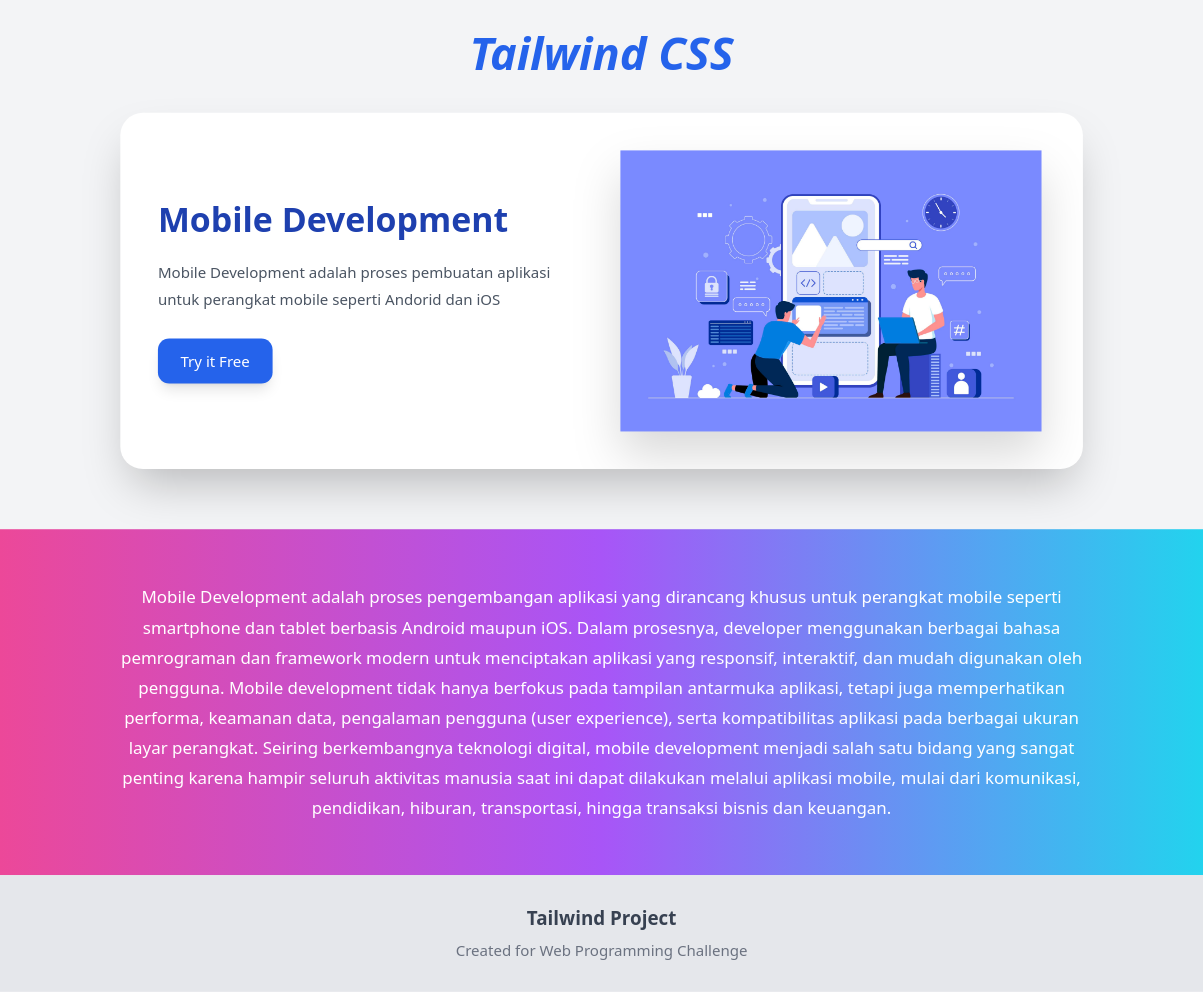
Repository: razitazhr/Pertemuan-6_24.116194
Page: Tailwind/Tailwind.html
The author's editor kept a copy of each file at every save. The page is drawn from the files as they stood at one save, then again after the next save.
The browser window is 1280 px wide. The pictures show the whole page, at 94% of full size.
Some web libraries are served in a nearby version.

Above is the page before, as saved 2026-05-10 22:14:45.

### Tailwind/Tailwind.html
<!DOCTYPE html>
<html lang="en">
<head>
    <meta charset="UTF-8">
    <meta name="viewport" content="width=device-width, initial-scale=1.0">
    <script src="https://cdn.tailwindcss.com"></script>
    <title>Challenge 6_24.11.6194</title>
</head>
<body class="bg-gray-100">
    <div class="text-center mt-8">
        <h1 class="text-5xl font-bold italic text-blue-600">
            Tailwind CSS
        </h1>
    </div>
    <div class="flex justify-center mt-10 px-5">
        <div class="bg-white rounded-3xl shadow-2xl overflow-hidden max-w-5xl">
            <div class="grid md:grid-cols-2 items-center gap-8 p-10">
                <div>
                    <h2 class="text-4xl font-bold text-blue-800 leading-tight">
                        Mobile Development
                    </h2>
                    <p class="text-gray-600 mt-5 leading-7">
                        Mobile Development adalah proses pembuatan aplikasi untuk perangkat mobile seperti Andorid dan iOS
                    </p>
                    <button class="mt-7 bg-blue-600 hover:bg-blue-700 transition text-white px-6 py-3 rounded-xl shadow-lg">
                        Try it Free
                    </button>
                </div>
                <div class="flex justify-center">
                    <img src="Mobile.jpg" alt="Mobile Development" class="w-full max-w-md drop-shadow-2xl">
                </div>
            </div>
        </div>
    </div>
    <div class="mt-16 bg-gradient-to-r from-pink-500 via-purple-500 to-cyan-400 py-14 px-8">
        <div class="max-w-5xl mx-auto text-center text-white">
            <p class="leading-8 text-lg">
                Mobile Development adalah proses pengembangan aplikasi yang dirancang khusus untuk perangkat mobile seperti smartphone dan tablet berbasis Android maupun iOS. Dalam prosesnya, developer menggunakan berbagai bahasa pemrograman dan framework modern untuk menciptakan aplikasi yang responsif, interaktif, dan mudah digunakan oleh pengguna. Mobile development tidak hanya berfokus pada tampilan antarmuka aplikasi, tetapi juga memperhatikan performa, keamanan data, pengalaman pengguna (user experience), serta kompatibilitas aplikasi pada berbagai ukuran layar perangkat. Seiring berkembangnya teknologi digital, mobile development menjadi salah satu bidang yang sangat penting karena hampir seluruh aktivitas manusia saat ini dapat dilakukan melalui aplikasi mobile, mulai dari komunikasi, pendidikan, hiburan, transportasi, hingga transaksi bisnis dan keuangan.
            </p>
        </div>
    </div>
    <footer class="bg-gray-200 py-8">
        <div class="max-w-6xl mx-auto px-6 text-center">
            <div>
                <h3 class="text-xl font-bold text-gray-700">
                    Tailwind Project
                </h3>
                <p class="text-gray-500 mt-2">
                    Created for Web Programming Challenge
                </p>
            </div>
        </div>
    </footer>
</body>
</html>

After the next save:
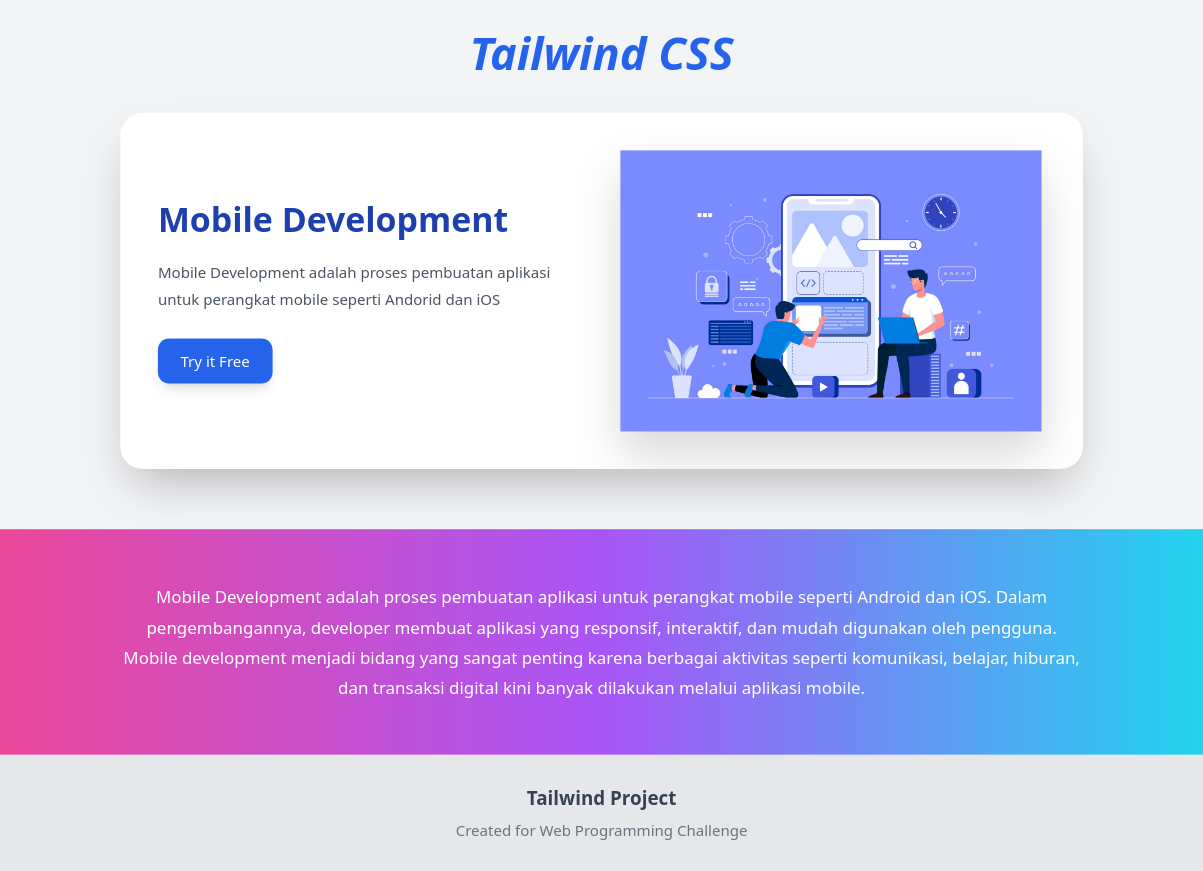
Saved 37 s later.
--- a/Tailwind/Tailwind.html
+++ b/Tailwind/Tailwind.html
@@ -35,7 +35,7 @@
     <div class="mt-16 bg-gradient-to-r from-pink-500 via-purple-500 to-cyan-400 py-14 px-8">
         <div class="max-w-5xl mx-auto text-center text-white">
             <p class="leading-8 text-lg">
-                Mobile Development adalah proses pengembangan aplikasi yang dirancang khusus untuk perangkat mobile seperti smartphone dan tablet berbasis Android maupun iOS. Dalam prosesnya, developer menggunakan berbagai bahasa pemrograman dan framework modern untuk menciptakan aplikasi yang responsif, interaktif, dan mudah digunakan oleh pengguna. Mobile development tidak hanya berfokus pada tampilan antarmuka aplikasi, tetapi juga memperhatikan performa, keamanan data, pengalaman pengguna (user experience), serta kompatibilitas aplikasi pada berbagai ukuran layar perangkat. Seiring berkembangnya teknologi digital, mobile development menjadi salah satu bidang yang sangat penting karena hampir seluruh aktivitas manusia saat ini dapat dilakukan melalui aplikasi mobile, mulai dari komunikasi, pendidikan, hiburan, transportasi, hingga transaksi bisnis dan keuangan.
+                Mobile Development adalah proses pembuatan aplikasi untuk perangkat mobile seperti Android dan iOS. Dalam pengembangannya, developer membuat aplikasi yang responsif, interaktif, dan mudah digunakan oleh pengguna. Mobile development menjadi bidang yang sangat penting karena berbagai aktivitas seperti komunikasi, belajar, hiburan, dan transaksi digital kini banyak dilakukan melalui aplikasi mobile.
             </p>
         </div>
     </div>
